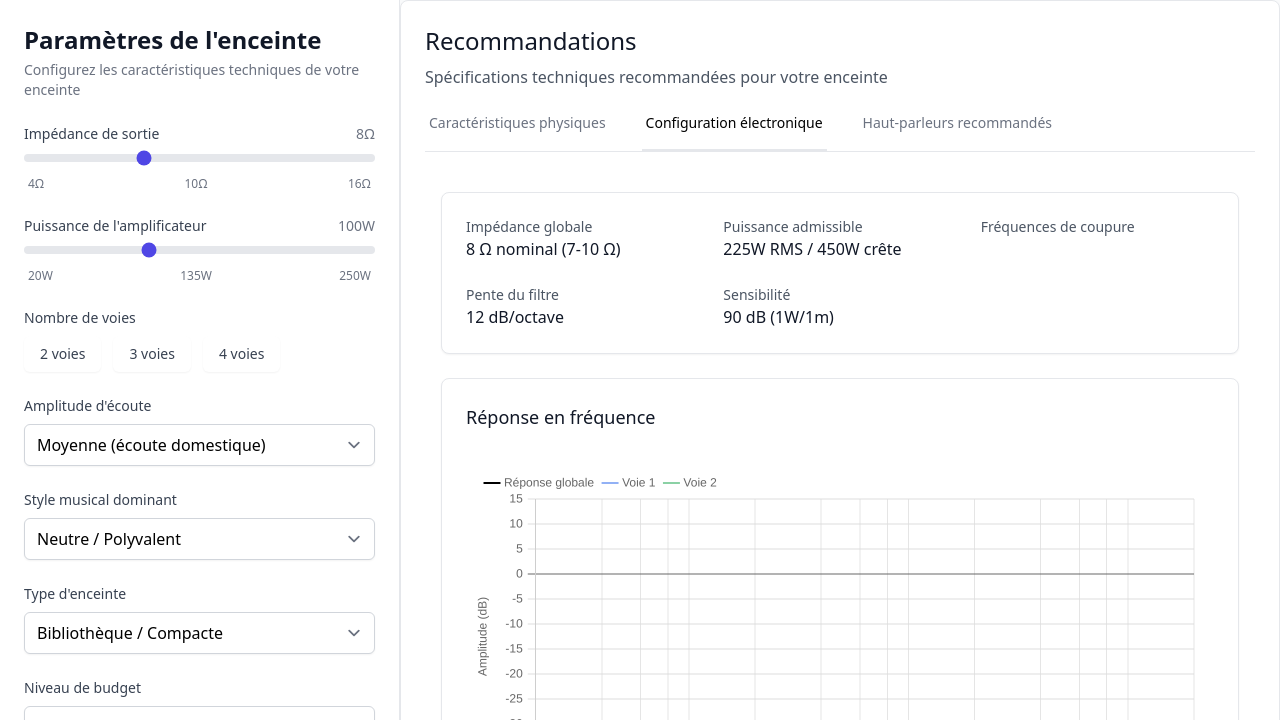
Repository: flobutbut/AcuoTune
Page: /#/, after clicking the first element matching `nav.flex > :nth-child(2)`
An editor plug-in stored every save of this project. The page is shown before and after the next save, followed by the edit.
The browser window is 1280 px wide. The pictures show the whole page.
An inner scrolling area shows only its first screen. The project was rebuilt for these pictures with package versions that can differ from the ones it lists, and the page was loaded fresh each time. Also part of the build but not shown: vite.config.ts, src/components/configurateur/recommendations/SpeakersTab.vue.

Above is the page before, as saved 2025-02-28 15:06:35.

After the next save:
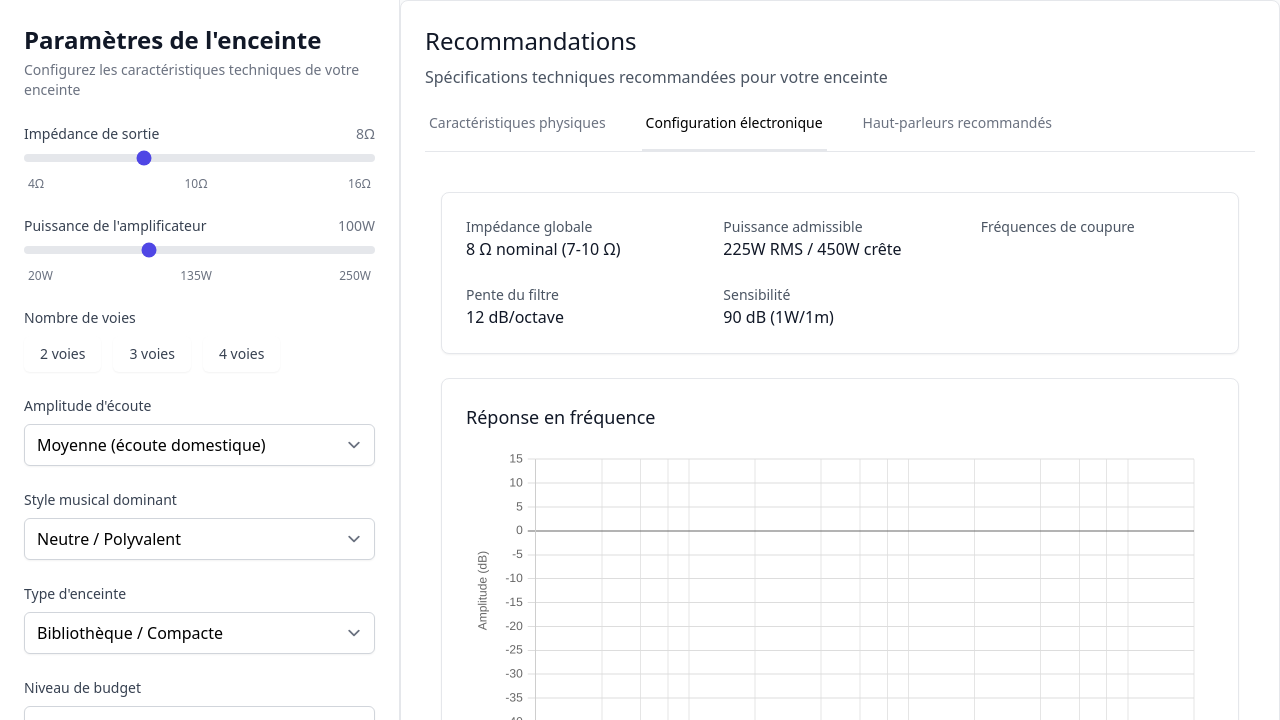
Saved 72 s later.
--- a/src/components/configurateur/FrequencyResponseChart.vue
+++ b/src/components/configurateur/FrequencyResponseChart.vue
@@ -107,9 +107,9 @@ function createChart() {
       maintainAspectRatio: false,
       layout: {
         padding: {
-          top: 20,
+          top: 10,
           right: 20,
-          bottom: 10,
+          bottom: 30,
           left: 10
         }
       },
@@ -162,8 +162,8 @@ function createChart() {
       plugins: {
         legend: {
           display: true,
-          position: 'top',
-          align: 'start',
+          position: 'bottom',
+          align: 'center',
           labels: {
             usePointStyle: true,
             pointStyle: 'line',
